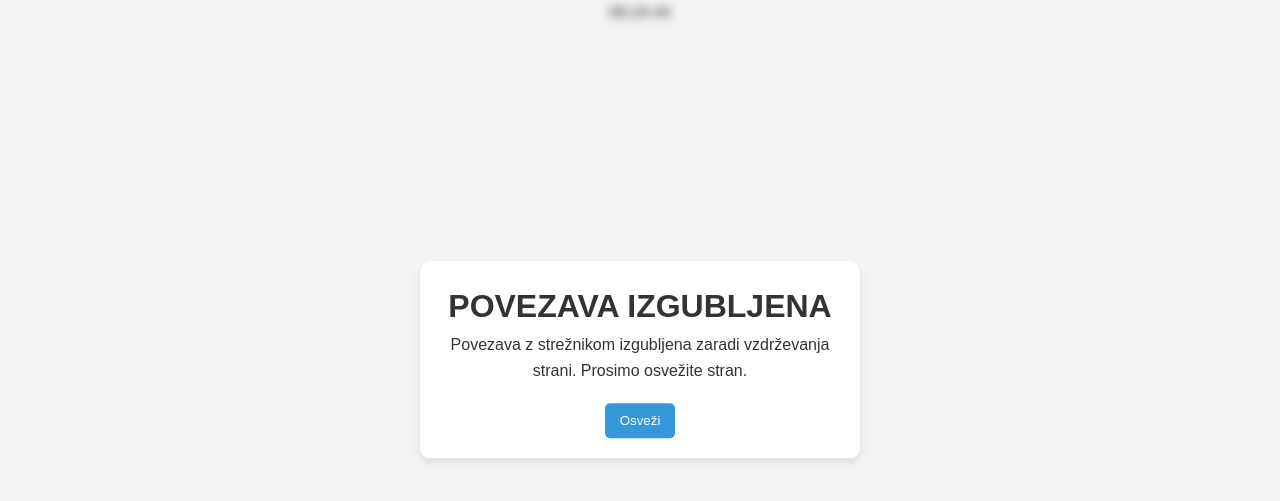
Repository: razrednicasopis/razrednicasopis.github.io
Page: Resources/ura.html
An editor plug-in stored every save of this project. The page is shown before and after the next save, followed by the edit.
The browser window is 1280 px wide. The pictures show the whole page.

Above is the page before, as saved 2024-03-07 09:32:18.
Console error: TypeError: Cannot read properties of null (reading 'addEventListener')

### Resources/ura.html
<!DOCTYPE html>
<html lang="en">
<head>
  <meta charset="UTF-8">
  <title>Digitalna ura</title>
  <link rel="stylesheet" href="styless.css">
  <link rel="stylesheet" href="system.css">
</head>
<body>

  <div class="blur-container">
  <div class="clock" id="clock"></div>
  </div>


  <div id="maintenancePopup">
    <div id="maintenancePopupContent">
      <h1>POVEZAVA IZGUBLJENA</h1>
      <p>Povezava z strežnikom izgubljena zaradi vzdrževanja strani. Prosimo osvežite stran.</p>
      <button id="closeMaintenancePopupBtn">Osveži</button>
    </div>
</div>



  <script src="alerts.js"></script>
  <script src="maintenancemode.js"></script>
  <script>
    function updateClock() {
      const now = new Date();
      const hours = String(now.getHours()).padStart(2, '0');
      const minutes = String(now.getMinutes()).padStart(2, '0');
      const seconds = String(now.getSeconds()).padStart(2, '0');

      const time = `${hours}:${minutes}:${seconds}`;
      document.getElementById('clock').innerText = time;
    }

    // Update every second
    setInterval(updateClock, 1000);

    // Initial call to set the initial time
    updateClock();
  </script>
</body>
</html>

### Resources/styless.css
* {
  margin: 0;
  padding: 0;
  box-sizing: border-box;
}

/* Globalni slogi */
body {
  font-family: Arial, sans-serif;
  line-height: 1.6;
  background-color: #f4f4f4;
  color: #333;
  margin: 0;
  padding: 0;
  max-height: 100vh;
}


.container {
    text-align: center;
    margin-top: 50px;
}

.border-box {
    display: inline-block;
    padding: 200px;
    width: 550px;
    height: 500px;
    border: 5px solid #333; /* Set your desired border color */
    border-radius: 30px; /* Set the border radius for slightly curved corners */
    background-color: #333; /* Set your desired background color inside the border */
}

header {
  background: #333;
  color: #fff;
  padding: 20px;
}

header h1 {
  margin-bottom: 10px;
  font-size: 36px;
}

nav ul {
  list-style: none;
}

nav ul li {
  display: inline;
  margin-right: 20px;
}

nav ul li a {
  color: #fff;
  text-decoration: none;
}

main {
  padding: 20px;
}

section {
  margin-bottom: 30px;
}

section h2 {
  margin-bottom: 15px;
}

article {
  background: #fff;
  padding: 20px;
  border-radius: 5px;
  box-shadow: 0 0 5px rgba(0, 0, 0, 0.1);
}

article h3 {
  margin-bottom: 10px;
}

article p {
  color: #666;
}

article a {
  display: inline-block;
  margin-top: 10px;
  text-decoration: none;
  color: #333;
  border-bottom: 1px solid #333;
  padding-bottom: 2px;
}

article a:hover {
  color: #000;
  border-color: #000;
}



footer {
  text-align: center;
  padding: 30px;
  background-color: #333;
  color: #fff;
  position: absolute;
  bottom: auto;
  width: 100%;
  text-align: center;
}

### Resources/system.css
/* Koda za "Coming Soon" pop-up */

#popupContainer {
    display: none;
    position: fixed;
    top: 50%;
    left: 50%;
    transform: translate(-50%, -50%);
    background-color: #ffffff;
    box-shadow: 0 4px 8px rgba(0, 0, 0, 0.1);
    padding: 20px;
    border-radius: 10px;
    text-align: center;
    z-index: top;
  }

  #popupContent {
    max-width: 400px;
    margin: 0 auto;
  }

  #closePopupBtn {
    background-color: #3498db;
    color: #ffffff;
    padding: 10px 15px;
    border: none;
    border-radius: 5px;
    cursor: pointer;
  }

  #closePopupBtn:hover {
      background-color: #4da8e1;
  }

  #showPopupLink {
    display: inline-block;
    padding: 10px 15px;
    color: #ffffff;
    text-decoration: none;
    border-radius: 5px;
    cursor: pointer;
  }

body.popup-open {
   overflow: hidden;
}

.popup-open .blur-container {
  filter: blur(5px); /* Apply blur effect only when popup is open */
  pointer-events: none;
}

#maintenancePopup {
  display: none;
  position: fixed;
  top: 50%;
  left: 50%;
  transform: translate(-50%, -50%);
  background-color: #ffffff;
  box-shadow: 0 4px 8px rgba(0, 0, 0, 0.1);
  padding: 20px;
  border-radius: 10px;
  text-align: center;
  z-index: 999;
}

#maintenancePopupContent {
  max-width: 400px;
  margin: 0 auto;
}

#closeMaintenancePopupBtn {
  background-color: #3498db;
  color: #ffffff;
  padding: 10px 15px;
  border: none;
  border-radius: 5px;
  cursor: pointer;
  margin-top: 20px;
}

#closeMaintenancePopupBtn:hover {
  background-color: #4da8e1;
}

/* Koda za "Kontakt" obrazec */

#contactform {
    align-self: center;
    }

    .formcontainer {
      text-align: center;
      margin-top: 50px;
      display: flex;
      justify-content: center;
      align-items: flex-start; /* Align items at the top */
  }

  .border-box {
      display: inline-block;
      padding: 20px;
      width: 550px;
      height: 500px;
      border: 5px solid #333; /* Set your desired border color */
      border-radius: 30px; /* Set the border radius for slightly curved corners */
      background-color: #333; /* Set your desired background color inside the border */
  }

  form input,
form textarea {
    width: calc(100% - 40px); /* Adjusted width with a bit of padding on each side */
    padding: 10px; /* Increased padding for better readability */
    margin-bottom: 5px; /* Increased spacing between input areas */
    margin-top: 25px; /* Move input areas slightly lower */
    height: 40px; /* Increased height to make input areas bigger */
}

form select{
width: calc(100% - 40px); /* Adjusted width with a bit of padding on each side */
padding: 10px; /* Increased padding for better readability */
margin-bottom: 5px;
margin-top: 20px; /* Move input areas slightly lower */
height: 40px; /* Height of input areas */
border: 1px solid #ccc; /* Border style */
border-radius: 5px; /* Border radius */
font-size: 16px; /* Font size */
}

form textarea {
  height: 120px;
}

/* Form Submit Button Styles */

/* Your existing CSS code */
/* Koda za "Coming Soon" pop-up */

#popupContainer {
  display: none;
  position: fixed;
  top: 50%;
  left: 50%;
  transform: translate(-50%, -50%);
  background-color: #ffffff;
  box-shadow: 0 4px 8px rgba(0, 0, 0, 0.1);
  padding: 20px;
  border-radius: 10px;
  text-align: center;
  z-index: top;
}


#popupContent {
  max-width: 400px;
  margin: 0 auto;
}

#closePopupBtn {
  background-color: #3498db;
  color: #ffffff;
  padding: 10px 15px;
  border: none;
  border-radius: 5px;
  cursor: pointer;
}

#closePopupBtn:hover {
    background-color: #4da8e1;
}

#showPopupLink {
  display: inline-block;
  padding: 10px 15px;
  color: #ffffff;
  text-decoration: none;
  border-radius: 5px;
  cursor: pointer;
}

body.popup-open {
 overflow: hidden;
}

body.blur {
filter: blur(5px);
pointer-events: none;
z-index: 1;
}

/* Koda za "Kontakt" obrazec */

#contactform {
  align-self: center;
}

.formcontainer {
  text-align: center;
  margin-top: 50px;
  display: flex;
  justify-content: center;
  align-items: flex-start; /* Align items at the top */
}

.border-box {
  display: inline-block;
  padding: 20px;
  width: 550px;
  height: 500px;
  border: 5px solid #333; /* Set your desired border color */
  border-radius: 30px; /* Set the border radius for slightly curved corners */
  background-color: #333; /* Set your desired background color inside the border */
}

form input,
form textarea {
  width: calc(100% - 40px); /* Adjusted width with a bit of padding on each side */
  padding: 10px; /* Increased padding for better readability */
  margin-bottom: 5px; /* Increased spacing between input areas */
  margin-top: 25px; /* Move input areas slightly lower */
  height: 40px; /* Increased height to make input areas bigger */
}

form select{
width: calc(100% - 40px); /* Adjusted width with a bit of padding on each side */
padding: 10px; /* Increased padding for better readability */
margin-bottom: 5px;
margin-top: 20px; /* Move input areas slightly lower */
height: 40px; /* Height of input areas */
border: 1px solid #ccc; /* Border style */
border-radius: 5px; /* Border radius */
font-size: 16px; /* Font size */
}

form textarea {
height: 120px;
}

/* Combined CSS for Blob Button */

*, *:before, *:after {
  box-sizing: border-box;
  margin: 0;
  padding: 0;
}

.buttons {
  margin-top: 2 0px;
  text-align: center;
  border-radius: 30px;
}

.blob-btn {
  z-index: 1;
  position: relative;
  padding: 20px 150px;
  margin-bottom: 40px;
  margin-top: 10px;
  text-align: center;
  text-transform: uppercase;
  color: #0505A9;
  font-size: 16px;
  font-weight: bold;
  background-color: transparent;
  outline: none;
  border: none;
  transition: color 0.5s;
  cursor: pointer;
  border-radius: 30px;
}
.blob-btn:before {
  content: "";
  z-index: 1;
  position: absolute;
  left: 0;
  top: 0;
  width: 100%;
  height: 100%;
  border: 2px solid #0505A9;
  border-radius: 30px;
}
.blob-btn:after {
  content: "";
  z-index: -2;
  position: absolute;
  left: 3px;
  top: 3px;
  width: 100%;
  height: 100%;
  transition: all 0.3s 0.2s;
  border-radius: 30px;
}
.blob-btn:hover {
  color: #FFFFFF;
  border-radius: 30px;
}
.blob-btn:hover:after {
  transition: all 0.3s;
  left: 0;
  top: 0;
  border-radius: 30px;
}
.blob-btn__inner {
  z-index: -1;
  overflow: hidden;
  position: absolute;
  left: 0;
  top: 0;
  width: 100%;
  height: 100%;
  border-radius: 30px;
  background: #ffffff;
}
.blob-btn__blobs {
  position: relative;
  display: block;
  height: 100%;
  filter: url("#goo");
}
.blob-btn__blob {
  position: absolute;
  top: 2px;
  width: 30%;
  height: 100%;
  background: #0505A9;
  border-radius: 100%;
  transform: translate3d(0, 150%, 0) scale(1.7);
  transition: transform 0.45s;
}
@supports (filter: url("#goo")) {
  .blob-btn__blob {
    transform: translate3d(0, 150%, 0) scale(1.4);
  }
}
.blob-btn__blob:nth-child(1) {
  left: 0%;
  transition-delay: 0s;
}
.blob-btn__blob:nth-child(2) {
  left: 30%;
  transition-delay: 0.08s;
}
.blob-btn__blob:nth-child(3) {
  left: 60%;
  transition-delay: 0.16s;
}
.blob-btn__blob:nth-child(4) {
  left: 90%;
  transition-delay: 0.24s;
}
.blob-btn:hover .blob-btn__blob {
  transform: translateZ(0) scale(1.7);
}

/* Define the keyframes for the pulse effect */
@keyframes pulse {
  0% {
    box-shadow: 0 0 0 0 rgba(255, 255, 255, 0.7); /* Initial box shadow color, adjust to match button color */
  }
  50% {
    box-shadow: 0 0 0 20px rgba(255, 255, 255, 0); /* Intermediate box shadow color */
  }
  100% {
    box-shadow: 0 0 0 0 rgba(255, 255, 255, 0); /* Final box shadow color */
  }
}

/* Apply the animation to the button when it's clicked or focused */
.blob-btn:active, .blob-btn:focus {
  animation: pulse 0.3s ease-in-out; /* Adjust the duration to control the pulse speed */
}

@supports (filter: url("#goo")) {
  .blob-btn:hover .blob-btn__blob {
    transform: translateZ(0) scale(1.5);
  }
}

/* CSS za uro */

.clock {
  text-align: center;
  margin-
  font-size: 3em;
}

/*CSS za vse stranske nav skupine razen za glavno */

.seznamvsebin {
  display: inline-block;
  vertical-align: bottom;
  width: calc(20% - 4px); /* Adjust width to accommodate border */
  box-sizing: border-box;
  margin: 40px;
  border: 3px solid #000; /* Border thickness */
  height: 750px; /* Set desired height */
  /* Additional styling for seznamvsebin if needed */
  background-color: #f2f2f2;

}

.seznamvsebin nav {
    justify-content: center;
    padding: 30px;

}

.seznamvsebin nav a {
      display: inline-block;
      padding: 5px 10px;
      color: #000000;
      text-align: center;
      text-decoration: none;
      margin-bottom: 5px;
      border: 2px, transparent;
      border-radius: 5px;
      transition: linear, border 0.1s linear;
      font-weight: bold;
}


.seznamvsebin nav a:hover {
    background-color: #e0e0e0;
    border: 2px solid #000000
}

.NoviceContent {
  float: right; /* Align to the right */
  width: calc(80% - 250px); /* Adjusted width */
  box-sizing: border-box;
  margin-top: 100px;
}

.NoviceContent p {
  margin-bottom: 20px;
}

/* Pravila Obrazca CSS */

.pravilaobrazca {
  height: 630px;
}

.pravilaobrazca_opozorilo {
  margin-top: 275px; /* Keeps this div at the bottom */
  color: #666; /* Change text color if desired */
}

/* Random CSS */

/* CSS for the admin credits list */

.creditscontainer {
  display: flex;
  flex-wrap: wrap;
}

.creditslist {
  flex: 1;
  margin: 10px;
  padding: 0;
  list-style-type: none;
}

.creditslist li {
  margin-bottom: 5px;
}

### Resources/alerts.js
 document.addEventListener('DOMContentLoaded', function () {
        document.querySelectorAll('.showPopupLink').forEach(function (link) {
            link.addEventListener('click', function (event) {
                event.preventDefault();
                document.getElementById('popupContainer').style.display = 'block';
                document.body.classList.add('popup-open');
            });
        });

        document.getElementById('closePopupBtn').addEventListener('click', function () {
            document.getElementById('popupContainer').style.display = 'none';
            document.body.classList.remove('popup-open');
        });
    });

    //Maintenance mode pop-up

    document.addEventListener('DOMContentLoaded', function ()  {
        function toggleMaintenancePopup(show) {
            var maintenancePopup = document.getElementById('maintenancePopup');
            if (maintenancePopup) {
                maintenancePopup.style.display = show ? 'block' : 'none';
                document.body.classList.toggle('popup-open', show);
                console.log(Error);
            }
        }


    function checkMaintenanceStatus() {
        setInterval(function () {


            toggleMaintenancePopup(maintenanceMode);

        }, 1000);
    }

    document.getElementById('closeMaintenancePopupBtn').addEventListener('click', function ()  {
        location.reload();
    });

    checkMaintenanceStatus();
});

### Resources/maintenancemode.js
var maintenanceMode = true;

After the next save:
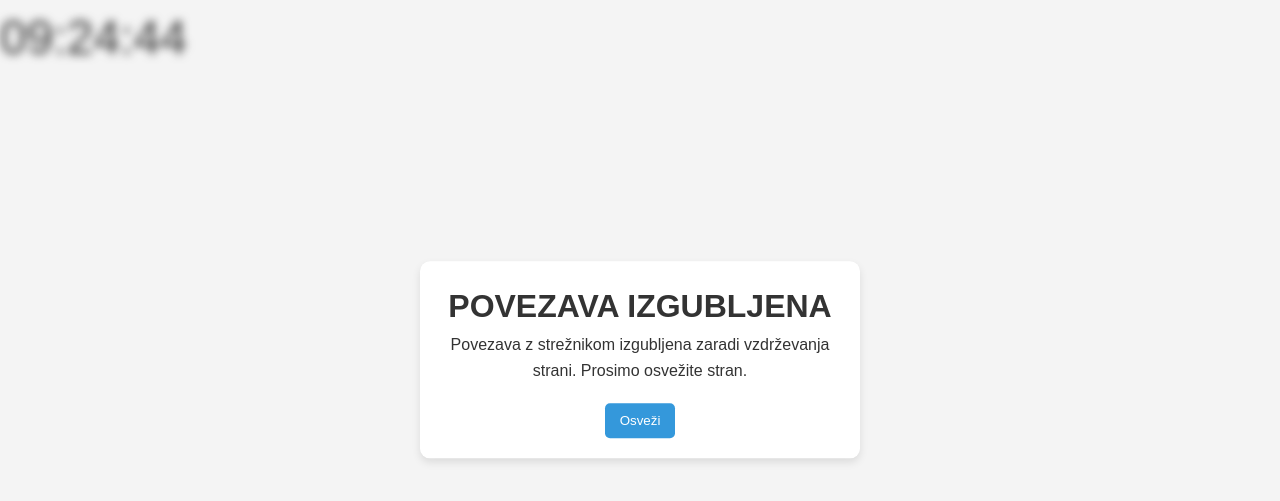
Saved 7 s later.
--- a/Resources/system.css
+++ b/Resources/system.css
@@ -379,8 +379,7 @@ height: 120px;
 /* CSS za uro */
 
 .clock {
-  text-align: center;
-  margin-
+
   font-size: 3em;
 }
 
